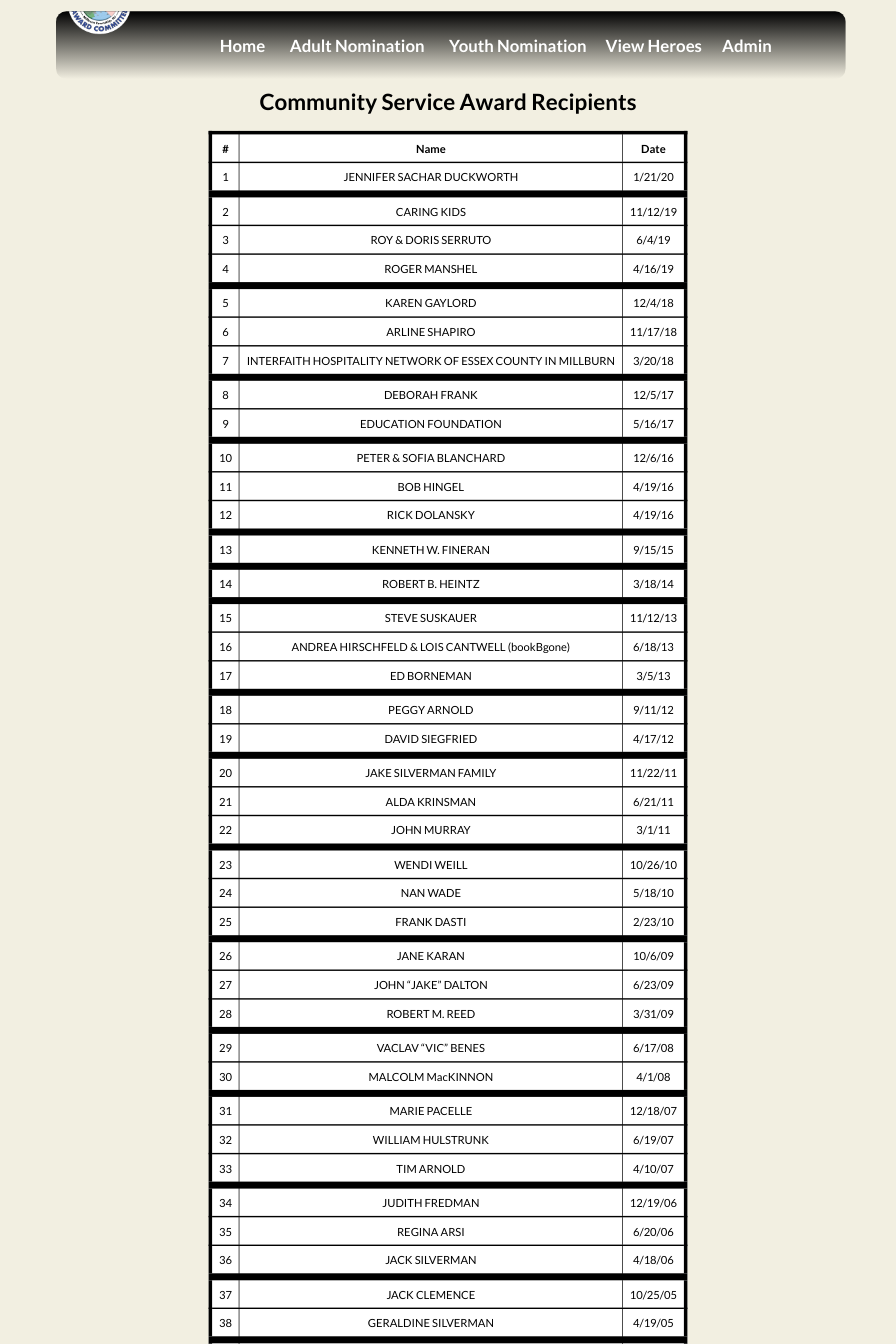
Repository: Centrattic/Young-Heroes-Website
Page: http://localhost/Frontend/before2020.php
These files come from the project's save history. The page is drawn as it stood at one moment and after the next save; the edit follows.
The browser window is 1280 px wide. The pictures show the part of the page from y = 0 to 1920 px (the page is 3955 px tall before and 3810 px after), at 70% of full size.
The page is run by PHP 8.4 with error messages shown; the project is at /var/www/html/.

Above is the page before, as saved 2020-12-21 14:19:14.

### Eagle Project/Frontend/before2020.php
<?php
require '../Backend/functions.php';
require '../Backend/dbhconnect.php';
?>

<html>
  <head>
    <link href="https://fonts.googleapis.com/css2?family=Lato:ital,wght@0,400;0,700;1,300;1,400&display=swap" rel="stylesheet">
    <link href="../CSS/home.css" rel="stylesheet" type="text/css" />

    <link rel = "stylesheet" href = "../CSS/navbar.css">
  </head>

  <body>

    <?php
        navbar();
    ?>

    <h1> Community Service Award Recipients</h1> <!-- Most recent first!!! -->
    <br>

    <style>
        #before2020-table {
            margin: 0 auto;
            border: 5px solid black;
            border-radius: 0px;
            background-color: white;
        }

        th,td {
            padding: 10px;
        }

        /*td:nth-child(1) {
            border-right: 2px solid black;
            border-radius: 0px;
            padding-bottom: 0px;
            margin-bottom: 0px;
        }*/

        tr {
            border: 2px solid black;
        }

        .last-of-year {
            border-bottom: 10px solid black;
        }

    </style>

    <table id = "before2020-table" rules = "all">
        <tr>
            <th> # </th>
            <th> Name </th>
            <th> Date </th>
        </tr>
        <!-- Most to least recent-->


        <tr class = "last-of-year">
            <td> 1 </td>
            <td> JENNIFER SACHAR DUCKWORTH </td>
            <td> 1/21/20 </td>
        </tr>

		<tr>
            <td> 2 </td>
            <td> CARING KIDS </td>
            <td> 11/12/19 </td>
        </tr>

		<tr>
            <td> 3 </td>
            <td> ROY & DORIS SERRUTO </td>
            <td> 6/4/19 </td>
        </tr>

		<tr class = "last-of-year">
            <td> 4 </td>
            <td> ROGER MANSHEL</td>
            <td> 4/16/19 </td>
        </tr>

		<tr>
            <td> 5 </td>
            <td> KAREN GAYLORD </td>
            <td> 12/4/18 </td>
        </tr>

		<tr>
            <td> 6 </td>
            <td> ARLINE SHAPIRO</td>
            <td> 11/17/18 </td>
        </tr>

		<tr class = "last-of-year">
            <td> 7 </td>
            <td> INTERFAITH HOSPITALITY NETWORK OF ESSEX COUNTY IN MILLBURN </td>
            <td> 3/20/18 </td>
        </tr>

		<tr>
            <td> 8 </td>
            <td> DEBORAH FRANK </td>
            <td> 12/5/17 </td>
        </tr>

		<tr class = "last-of-year">
            <td> 9 </td>
            <td> EDUCATION FOUNDATION </td>
            <td> 5/16/17 </td>
        </tr>
		<tr>
            <td> 10 </td>
            <td> PETER & SOFIA BLANCHARD </td>
            <td> 12/6/16 </td>
        </tr>

		<tr>
            <td> 11 </td>
            <td> BOB HINGEL </td>
            <td> 4/19/16 </td>
        </tr>

		<tr class = "last-of-year">
            <td> 12 </td>
            <td> RICK DOLANSKY </td>
            <td> 4/19/16 </td>
        </tr>

		<tr class = "last-of-year">
            <td> 13 </td>
            <td> KENNETH W. FINERAN </td>
            <td> 9/15/15 </td>
        </tr>

		<tr class = "last-of-year">
            <td> 14 </td>
            <td> ROBERT B. HEINTZ </td>
            <td> 3/18/14 </td>
        </tr>

		<tr>
            <td> 15 </td>
            <td> STEVE SUSKAUER </td>
            <td> 11/12/13 </td>
        </tr>

		<tr>
            <td> 16 </td>
            <td> ANDREA HIRSCHFELD & LOIS CANTWELL (bookBgone) </td>
            <td> 6/18/13 </td>
        </tr>

		<tr class = "last-of-year">
            <td> 17 </td>
            <td> ED BORNEMAN </td>
            <td> 3/5/13 </td>
        </tr>

		<tr>
            <td> 18 </td>
            <td> PEGGY ARNOLD </td>
            <td> 9/11/12 </td>
        </tr>

		<tr class = "last-of-year">
            <td> 19 </td>
            <td> DAVID SIEGFRIED </td>
            <td> 4/17/12 </td>
        </tr>

		<tr>
            <td> 20 </td>
            <td> JAKE SILVERMAN FAMILY </td>
            <td> 11/22/11 </td>
        </tr>

		<tr>
            <td> 21 </td>
            <td> ALDA KRINSMAN </td>
            <td> 6/21/11 </td>
        </tr>

		<tr class = "last-of-year">
            <td> 22 </td>
            <td> JOHN MURRAY </td>
            <td> 3/1/11 </td>
        </tr>

		<tr>
            <td> 23 </td>
            <td> WENDI WEILL </td>
            <td> 10/26/10 </td>
        </tr>

		<tr>
            <td> 24 </td>
            <td> NAN WADE </td>
            <td> 5/18/10 </td>
        </tr>

        <tr class = "last-of-year">
            <td> 25 </td>
            <td> FRANK DASTI </td>
            <td> 2/23/10 </td>
        </tr>

        <tr>
            <td> 26 </td>
            <td> JANE KARAN </td>
            <td> 10/6/09 </td>
        </tr>

        <tr>
            <td> 27 </td>
            <td> JOHN “JAKE” DALTON </td>
            <td> 6/23/09 </td>
        </tr>

        <tr class = "last-of-year">
            <td> 28 </td>
            <td> ROBERT M. REED </td>
            <td> 3/31/09 </td>
        </tr>

        <tr>
            <td> 29 </td>
            <td> VACLAV “VIC” BENES </td>
            <td> 6/17/08 </td>
        </tr>

		<tr class = "last-of-year">
            <td> 30 </td>
            <td> MALCOLM MacKINNON </td>
            <td> 4/1/08 </td>
        </tr>

		<tr>
            <td> 31 </td>
            <td> MARIE PACELLE </td>
            <td> 12/18/07 </td>
        </tr>

		<tr>
            <td> 32 </td>
            <td> WILLIAM HULSTRUNK </td>
            <td> 6/19/07 </td>
        </tr>

		<tr class = "last-of-year">
            <td> 33 </td>
            <td> TIM ARNOLD </td>
            <td> 4/10/07 </td>
        </tr>

		<tr>
            <td> 34 </td>
            <td> JUDITH FREDMAN </td>
            <td> 12/19/06 </td>
        </tr>

		<tr>
            <td> 35 </td>
            <td> REGINA ARSI </td>
            <td> 6/20/06 </td>
        </tr>

		<tr class = "last-of-year">
            <td> 36 </td>
            <td> JACK SILVERMAN </td>
            <td> 4/18/06 </td>
        </tr>

        <tr>
            <td> 37 </td>
            <td> JACK CLEMENCE </td>
            <td> 10/25/05 </td>
        </tr>

        <tr class = "last-of-year">
            <td> 38 </td>
            <td> GERALDINE SILVERMAN </td>
            <td> 4/19/05 </td>
        </tr>

        <tr>
            <td> 39 </td>
            <td> ELAINE & KARL BECKER </td>
            <td> 12/21/04 </td>
        </tr>

		<tr>
            <td> 40 </td>
            <td> MAUREEN LEE </td>
            <td> 9/21/04 </td>
        </tr>

		<tr>
            <td> 41 </td>
            <td> ANNE V. SMITH </td>
            <td> 6/15/04 </td>
        </tr>

		<tr class = "last-of-year">
            <td> 42 </td>
            <td> W. OWEN LAMPE </td>
            <td> 4/8/04 </td>
        </tr>

		<tr>
            <td> 43 </td>
            <td> EVA GOTTSCHO </td>
            <td> 12/2/03 </td>
        </tr>

		<tr class = "last-of-year">
            <td> 44 </td>
            <td> WILLIAM E. JUDES </td>
            <td> 6/10/03 </td>
        </tr>

		<tr>
            <td> 45 </td>
            <td> DELIA WALBRIDGE </td>
            <td> 12/3/02 </td>
        </tr>

		<tr>
            <td> 46 </td>
            <td> SHARON & AVI BRENDER </td>
            <td> 9/10/02 </td>
        </tr>

		<tr class = "last-of-year">
            <td> 47 </td>
            <td> ANGELO Del ROSSI </td>
            <td> 6/11/02 </td>
        </tr>

		<tr>
            <td> 48 </td>
            <td> LOUISE GILI </td>
            <td> 11/20/01 </td>
        </tr>

		<tr>
            <td> 49 </td>
            <td> THOMAS J. EAKLEY </td>
            <td> 8/21/01 </td>
        </tr>

		<tr class = "last-of-year">
            <td> 50 </td>
            <td> SHERMAN T. BREWER, JR. </td>
            <td> 3/20/01 </td>
        </tr>

		<tr>
            <td> 51 </td>
            <td> MARK GUTERMAN </td>
            <td> 12/5/00 </td>
        </tr>

		<tr>
            <td> 52 </td>
            <td> ELEANOR T. McGLAUGHLIN </td>
            <td> 9/19/00 </td>
        </tr>

		<tr>
            <td> 53 </td>
            <td> JOAN DAESCHLER </td>
            <td> 6/13/00 </td>
        </tr>

		<tr class = "last-of-year">
            <td> 54 </td>
            <td> WALTER JEFFREY, JR. </td>
            <td> 4/18/00 </td>
        </tr>

		<tr>
            <td> 55 </td>
            <td> DR. PAUL KEARNEY </td>
            <td> 11/9/99 </td>
        </tr>

		<tr class = "last-of-year">
            <td> 56 </td>
            <td> LEIGH GIFFORD </td>
            <td> 4/13/99 </td>
        </tr>

		<tr>
            <td> 57 </td>
            <td> LYNNE RANIERI </td>
            <td> 12/15/98 </td>
        </tr>

		<tr>
            <td> 58 </td>
            <td> ELAINE BIRNHOLZ </td>
            <td> 10/20/98 </td>
        </tr>

		<tr>
            <td> 59 </td>
            <td> NANCY GOAT </td>
            <td> 6/9/98 </td>
        </tr>

		<tr class = "last-of-year">
            <td> 60 </td>
            <td> JAMES LAURIE </td>
            <td> 3/17/98 </td>
        </tr>

		<tr>
            <td> 61 </td>
            <td> JOAN BORNEMAN </td>
            <td> 12/16/97 </td>
        </tr>

		<tr>
            <td> 62 </td>
            <td> PHYLLIS KINGSBURY </td>
            <td> 10/7/97 </td>
        </tr>

		<tr>
            <td> 63 </td>
            <td> LINDSEY REBECCA HUSTON </td>
            <td> 6/24/97 </td>
        </tr>

		<tr class = "last-of-year">
            <td> 64 </td>
            <td> ALFRED H. CONNELLEE </td>
            <td> 4/19/97 </td>
        </tr>

		<tr>
            <td> 65 </td>
            <td> HARRIET LOWENGRUB </td>
            <td> 12/3/96 </td>
        </tr>

		<tr>
            <td> 66 </td>
            <td> JOHN S. WARE </td>
            <td> 6/25/96 </td>
        </tr>

        <tr class = "last-of-year">
            <td> 67 </td>
            <td> SUSANNAH J. LIKINS </td>
            <td> 3/19/96 </td>
        </tr>

        <tr>
            <td> 68 </td>
            <td> IRIS STOLOFF </td>
            <td> 12/5/95 </td>
        </tr>

        <tr>
            <td> 69 </td>
            <td> DOUGLAS REED </td>
            <td> 9/5/95 </td>
        </tr>

		<tr>
            <td> 70 </td>
            <td> CHARLES T. & DOROTHY KING </td>
            <td> 6/27/95 </td>
        </tr>

		<tr class = "last-of-year">
            <td> 71 </td>
            <td> ROBERT E. MARSHALL </td>
            <td> 3/21/95 </td>
        </tr>

        <tr>
            <td> 72 </td>
            <td> LOUIS J. KURTZ </td>
            <td> 2/6/94 </td>
        </tr>

		<tr>
            <td> 73 </td>
            <td> LEZETTE PROUD </td>
            <td> 9/13/94 </td>
        </tr>

		<tr class = "last-of-year">
            <td> 74 </td>
            <td> LAUREN HUSTON </td>
            <td> 6/14/94 </td>
        </tr>

		<tr>
            <td> 75 </td>
            <td> DONALD L. CAMPBELL </td>
            <td> 7/6/93 </td>
        </tr>

		<tr class = "last-of-year">
            <td> 76 </td>
            <td> MAUREEN S. SILVER </td>
            <td> 4/27/93 </td>
        </tr>

        <tr>
            <td> 77 </td>
            <td> STEPHEN LEIT </td>
            <td> 6/16/92 </td>
        </tr>

        <tr>
            <td> 78 </td>
            <td> MURIEL SCHWARTZSTEIN </td>
            <td> 5/5/92 </td>
        </tr>

        <tr class = "last-of-year">
            <td> 79 </td>
            <td> EVELYN ORTNER </td>
            <td> 3/3/92 </td>
        </tr>

        <tr>
            <td> 80 </td>
            <td> LINDA McDONOUGH </td>
            <td> 12/17/91 </td>
        </tr>

        <tr>
            <td> 81 </td>
            <td> ALFRED T. PEDECINE </td>
            <td> 9/3/91 </td>
        </tr>

        <tr>
            <td> 82 </td>
            <td> EDITH CONNELLEE </td>
            <td> 8/16/91 </td>
        </tr>

        <tr>
            <td> 83 </td>
            <td> LORI FRIEDMAN </td>
            <td> 6/11/91 </td>
        </tr>

        <tr>
            <td> 84 </td>
            <td> WILLIAM CONROE </td>
            <td> 5/21/91 </td>
        </tr>

        <tr>
            <td> 87 </td>
            <td> ELIZABETH NAUGHTON </td>
            <td> 5/5/91 </td>
        </tr>

    </table>



</body>
</html>

### Eagle Project/Backend/dbhconnect.php
<?php
  $servername = "localhost";
  $dbUsername = "root";
  $dbPassword = "";
  $dbName = "young_heroes";

  //connecting to database
  $connection = new mysqli($servername, $dbUsername, $dbPassword, $dbName);

  //error message if connection fails
  if(!$connection){
    die("Connection failed: ".mysqli_connect_error());
  }
?>

### Eagle Project/CSS/home.css
* {
    text-align: center;
    padding: 2px;
    margin: 2px;
    font-family: 'Lato', sans-serif;
    border-radius: 15px;

}

body {
    background-color: #F2EFE1;

}

#homepicgrid {
    display: grid;
    width: auto;
    height: 30%;

    grid-template-columns: auto auto auto auto;
    grid-template-rows: auto;
}

#homepicgrid img {
    height: 100%;
    object-fit: cover;
    width: 100%;
}


#homepagetitle {
    font-size: 2em;
    width: auto;
    background-color: white;
    padding: 10px;
    margin: 5px;
}



#hometextgrid {
    display: grid;
    width: auto;
    margin: 0 auto;
    grid-template-columns: auto auto auto;
    grid-template-rows: auto auto;
}

#hometextgrid div {
    background-color: #E2DECC;
    padding: 20px;
}


#CSAChistory {
    background-color: #E2DECC;
    padding: 20px;
    padding-top: 0;
    margin: 10px 0;
}
#impact {
    background-color: white;
    width: 35%;
    margin: 2% auto;
    border: 10px solid transparent;
    border-image: url("../Images/borderhome.jpg") 30 round !important;
}

#impact h3 {
    margin: 15%;
}


#getinvolved {
    background-image: url("../Images/millburnblossoms.jpg");
    height: 60%;
    display: flex;
    align-items: center;
    justify-content: center;
}

#nominateahero {
    width: 70%;
    padding: 0 20px;
    background-color:  #F2EFE1;
}

#getinvolved p {
    margin: 10px;
}

button {
    font-size: 1em;
}

### Eagle Project/CSS/navbar.css
* {
    text-align: center;
    font-family: 'Lato', sans-serif;
}

body {
    background-color: #F2EFE1;
}


.menu-area li{
    display: inline;
    color: white;
    font-weight: bold;
    font-size: 1.5em;
    padding-bottom: 10px;
}

.menu-area .non-dropdown a{
    display: inline-block;
    padding: 30px 10px;
    color: white;
    box-sizing: border-box;

}

.menu-area a {
    text-decoration: none;
    color: white;
}

.menu-area .nav-dropdown .dropdown-content li a{
    display: inline-block;
    text-align: center;
    padding: 14px 16px;
    text-decoration: none;
}

.menu-area {
    width: 100%;
    background-image: linear-gradient(black, #F2EFE1);
    overflow: hidden;
    border-radius: 15px;
}

.menu-area .non-dropdown:hover{
    border-radius: 0px;
    border-bottom: 10px solid aliceblue;
}

.menu-area li a {
    box-sizing: border-box;
}

.nav-dropbtn {
    text-decoration: none;
    color: white;
}

/*FIX THIS LATER*/


#logout {
    all: unset;
}

body {
    margin: 0 5%;
}

/* ------------------*/



li.nav-dropdown {
    display: inline-block;
}

.dropdown-content {
    display: none;
    position: absolute;
    background-color: #f9f9f9;
    min-width: 150px;
    box-shadow: 0px 8px 16px 0px rgba(0,0,0,0.2);
    z-index: 1;

}

.dropdown-content a {
    color: black;
    padding: 12px 16px;
    text-decoration: none;
    display: block;
    font-size: .9em;
    text-align: left;
}


.dropdown-content a:hover {
    background-color: #f1f1f1;
}


.nav-dropdown:hover .dropdown-content {
    display: block;
    border-radius: 0px;
}


/* Footer*/



.site-footer {
    background-color: #E2DECC;
      text-align: center;
      margin: 10px 0;
      padding: 10px 0;
  }

  #social-wrapper {
      text-align: center;
  }

  /*Social Media Icons*/
  .social-wrapper {
      text-align: center;
  }

  .social-wrapper ul li {
      display: inline;
      margin: 0 5px;
  }

  .twitter-icon,
  .facebook-icon,
  .instagram-icon,
  .linkedin-icon,
  .googleplus-icon,
  .youtube-icon,
  .foursquare-icon{
      margin-top: .625em;
      width: 40px;
      height: 40px;
      opacity: .6;
      filter: alpha(opacity=60); /* For IE8 and earlier */
    border-radius: 25px;
  }

  .twitter-icon:hover,
  .facebook-icon:hover,
  .instagram-icon:hover,
  .linkedin-icon:hover,
  .googleplus-icon:hover,
  .youtube-icon:hover,
  .foursquare-icon:hover {
      opacity: 1.0;
      filter: alpha(opacity=100); /* For IE8 and earlier */
  }

  .footer-nav p {
      text-align: center;
  }

Loaded but not shown: Eagle Project/Backend/functions.php (1101 lines, source omitted)

After the next save:
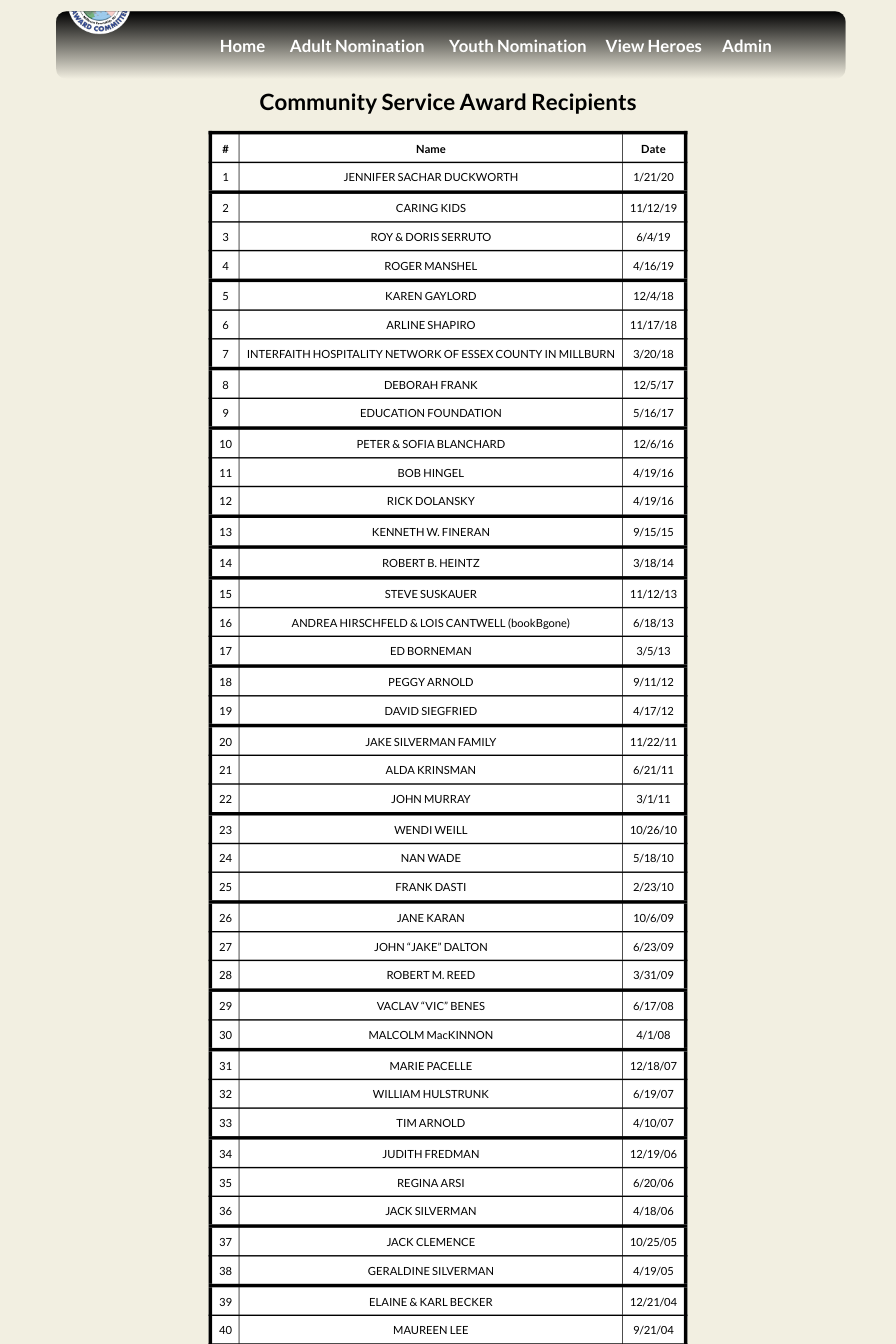
Saved 8 s later.
--- a/Eagle Project/Frontend/before2020.php
+++ b/Eagle Project/Frontend/before2020.php
@@ -44,7 +44,7 @@ require '../Backend/dbhconnect.php';
         }
 
         .last-of-year {
-            border-bottom: 10px solid black;
+            border-bottom: 5px solid black;
         }
 
     </style>
